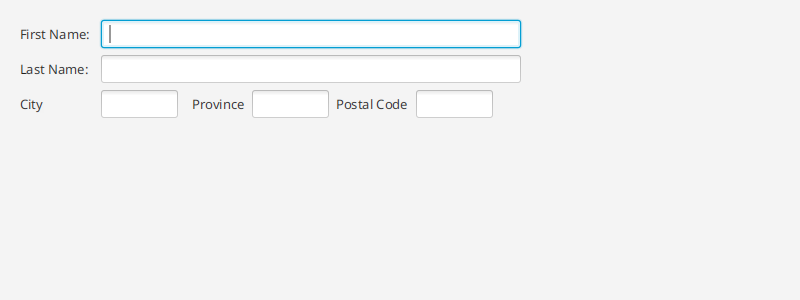
Repository: Mselenko/Java
Program's window: java w_5/JavaFx/src/garbage/CssExample.java
These files come from the project's save history. The program's window is drawn as it stood at one moment and after the next save; the edit follows.
It runs on Java 21 on a 1366 x 768 screen with JavaFX 11; the title bar is not drawn.

Above is the program's window before, as saved 2019-06-22 00:24:21.

### w_5/JavaFx/src/garbage/CssExample.java
package garbage;

import javafx.application.Application;
import javafx.geometry.HPos;
import javafx.geometry.Insets;
import javafx.scene.Scene;
import javafx.scene.control.ComboBox;
import javafx.scene.control.Label;
import javafx.scene.control.TextArea;
import javafx.scene.control.TextField;
import javafx.scene.image.Image;
import javafx.scene.image.ImageView;
import javafx.scene.layout.GridPane;
import javafx.scene.paint.Color;
import javafx.scene.paint.Paint;
import javafx.scene.paint.RadialGradientBuilder;
import javafx.scene.paint.Stop;
import javafx.stage.Stage;

/**
 * Created on: 23.06.2012
 * @author Sebastian Damm
 */
public class CssExample extends Application{
//{
//    private final Paint background = RadialGradientBuilder.create()
//            .stops(new Stop(0d, Color.TURQUOISE), new Stop(1, Color.web('3A5998')))
//            .centerX(0.5d).centerY(0.5d).build();
    private final String LABEL_STYLE = "-fx-text-fill: white; -fx-font-size: 14;"
            + "-fx-effect: dropshadow(one-pass-box, black, 5, 0, 1, 1);";

    @Override
    public void start(Stage primaryStage) throws Exception
    {
        Scene scene = new Scene(createGridPane(), 800, 300);
        primaryStage.setTitle("GridPaneExample 2 - User form");
        primaryStage.setScene(scene);
        primaryStage.show();
    }

    private GridPane createGridPane()
    {
        GridPane gridPane = new GridPane();
        gridPane.setPadding(new Insets(20, 20, 20, 20));
        gridPane.setHgap(7); gridPane.setVgap(7);

        Label lbFirstName = new Label("First Name: ");
        //lbFirstName.setStyle(LABEL_STYLE);
        GridPane.setHalignment(lbFirstName, HPos.LEFT);
        TextField tfFirstName = new TextField();
        //tfFirstName.setPrefColumnCount(40);
        GridPane.setColumnSpan(tfFirstName, 10);

        Label lbLastName = new Label("Last Name:");
        //lbLastName.setStyle(LABEL_STYLE);
        GridPane.setHalignment(lbLastName, HPos.LEFT);
        TextField tfLastName = new TextField();
       // tfLastName.setPrefColumnCount(40);
        GridPane.setColumnSpan(tfLastName, 10);

//        Label lbCity = new Label("City:");
//        //lbCity.setStyle(LABEL_STYLE);
//        GridPane.setHalignment(lbCity, HPos.LEFT);
//        TextField tfCity = new TextField();
//        GridPane.setHalignment(tfCity, HPos.LEFT);
//        GridPane.setColumnSpan(tfCity, 5);
//
//        Label lbProvince = new Label("Province: ");
//
//        //lbStreetNr.setStyle(LABEL_STYLE);
//        GridPane.setHalignment(lbProvince, HPos.LEFT);
//        ComboBox<String>  tfProvince = new ComboBox();
//        GridPane.setHalignment(tfProvince, HPos.LEFT);
//
//        Label lbpCode = new Label("Postal Code:");
//        //lbCity.setStyle(LABEL_STYLE);
//        GridPane.setHalignment(lbpCode, HPos.LEFT);
//        TextField tfpCode = new TextField();
//
//

        Label lbCity = new Label("City");

        GridPane.setHalignment(lbCity, HPos.LEFT);
        TextField tfCity = new TextField();
       tfCity.setPrefColumnCount(5);
        //GridPane.setColumnSpan(tfCity, 2);

Label lbProvince = new Label("Province");

        GridPane.setHalignment(lbProvince, HPos.LEFT);
        TextField tfProvince = new TextField();
        tfProvince.setPrefColumnCount(5);

Label lbpCode = new Label("Postal Code");

        GridPane.setHalignment(lbpCode, HPos.LEFT);
        TextField tfpCode = new TextField();
        tfpCode.setPrefColumnCount(5);

//        tfStreet.setPrefColumnCount(5);
//        GridPane.setColumnSpan(tfStreet, 2);
//        TextField tfNumber = new TextField();
//        tfNumber.setPrefColumnCount(3);

//        Label lbNotes = new Label("Notes:");
//        lbNotes.setStyle(LABEL_STYLE);
//        GridPane.setHalignment(lbNotes, HPos.RIGHT);
//        TextArea taNotes = new TextArea();
//        taNotes.setPrefColumnCount(5);
//        taNotes.setPrefRowCount(5);
//        GridPane.setColumnSpan(taNotes, 3);
//        GridPane.setRowSpan(taNotes, 2);



//        gridPane.setGridLinesVisible(true);

        gridPane.add(lbFirstName, 0, 0); gridPane.add(tfFirstName, 1, 0);
        gridPane.add(lbLastName, 0, 1); gridPane.add(tfLastName, 1, 1);

        //gridPane.add(imageView, 2, 0); gridPane.add(lbLastName, 0, 1);
       // gridPane.add(tfLastName, 1, 1); gridPane.add(lbCity, 0, 2);
        gridPane.add(lbCity, 0, 2); gridPane.add(tfCity, 1, 2);
        gridPane.add(lbProvince, 3, 2); gridPane.add(tfProvince, 4, 2);
        gridPane.add(lbpCode, 5, 2); gridPane.add(tfpCode, 6, 2);
       // gridPane.add(lbNotes, 0, 4); gridPane.add(taNotes, 1, 4);

        return gridPane;
    }

    public static void main(String[] args)
    {   Application.launch(args);   }
}

After the next save:
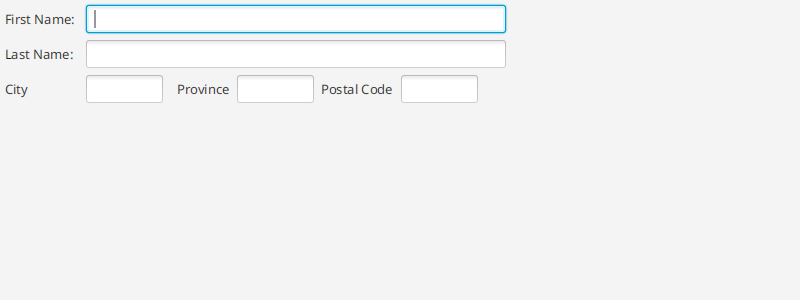
Saved 82 s later.
--- a/w_5/JavaFx/src/garbage/CssExample.java
+++ b/w_5/JavaFx/src/garbage/CssExample.java
@@ -41,7 +41,7 @@
     private GridPane createGridPane()
     {
         GridPane gridPane = new GridPane();
-        gridPane.setPadding(new Insets(20, 20, 20, 20));
+        gridPane.setPadding(new Insets(5));
         gridPane.setHgap(7); gridPane.setVgap(7);
 
         Label lbFirstName = new Label("First Name: ");
